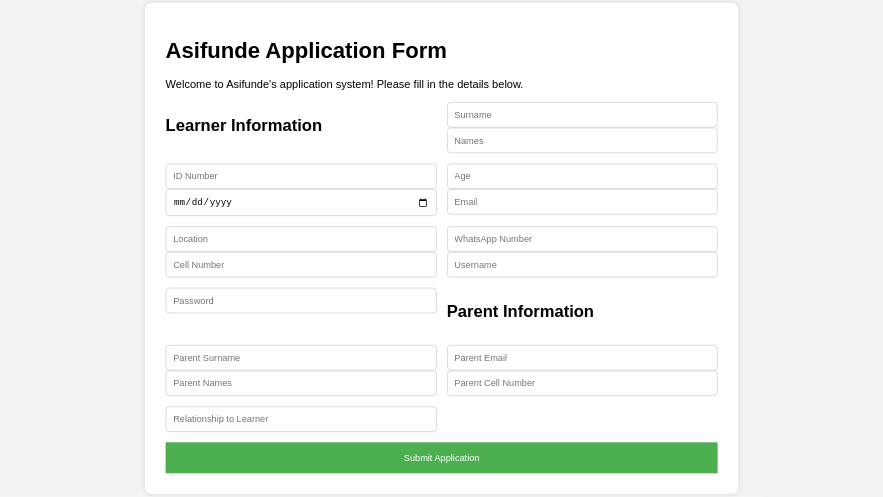
Repository: Soshtakovich/Asifunde
Page: Application_system/apply.html
These files come from the project's save history. The page is drawn as it stood at one moment and after the next save; the edit follows.
The browser window is 1280 px wide. The pictures show the whole page, at 69% of full size.

Above is the page before, as saved 2024-10-18 17:33:19.

### Application_system/apply.html
<!DOCTYPE html>
<html lang="en">
<head>
  <meta charset="UTF-8">
  <meta name="viewport" content="width=device-width, initial-scale=1.0">
  <title>Asifunde Application Form</title>
  <link rel="stylesheet" href="statics/css/apply.css">
  <script defer src="statics/js/apply.js"></script>
</head>
<body>
  <div class="form-container">
    <h1>Asifunde Application Form</h1>
    <p>Welcome to Asifunde's application system! Please fill in the details below.</p>
    <form id="applicationForm">
      <h2>Learner Information</h2>
      <div class="input-group">
        <input type="text" name="surname" placeholder="Surname" required>
        <input type="text" name="names" placeholder="Names" required>
      </div>
      <div class="input-group">
        <input type="text" name="idNumber" placeholder="ID Number" required>
        <input type="date" name="dob" required>
      </div>
      <div class="input-group">
        <input type="text" name="age" placeholder="Age" required>
        <input type="email" name="email" placeholder="Email" required>
      </div>
      <div class="input-group">
        <input type="text" name="location" placeholder="Location">
        <input type="text" name="cellNumber" placeholder="Cell Number">
      </div>
      <div class="input-group">
        <input type="text" name="whatsappNumber" placeholder="WhatsApp Number">
        <input type="text" name="username" placeholder="Username" required>
      </div>
      <div class="input-group">
        <input type="password" name="password" placeholder="Password" required>
      </div>

      <h2>Parent Information</h2>
      <div class="input-group">
        <input type="text" name="parentSurname" placeholder="Parent Surname" required>
        <input type="text" name="parentNames" placeholder="Parent Names" required>
      </div>
      <div class="input-group">
        <input type="email" name="parentEmail" placeholder="Parent Email" required>
        <input type="text" name="parentCellNumber" placeholder="Parent Cell Number">
      </div>
      <div class="input-group">
        <input type="text" name="relationship" placeholder="Relationship to Learner" required>
      </div>

      <button type="submit">Submit Application</button>
    </form>
  </div>
</body>
</html>

### Application_system/statics/css/apply.css
/* Base Styles */
body {
  font-family: Arial, sans-serif;
  background-color: #f2f2f2;
  display: flex;
  justify-content: center;
  align-items: center;
  height: 100vh;
  margin: 0;
}

.form-container {
  background-color: white;
  padding: 30px;
  border-radius: 10px;
  box-shadow: 0 0 10px rgba(0, 0, 0, 0.1);
  max-width: 800px;
  width: 100%;
}

/* Form Layout */
form {
  display: grid;
  grid-template-columns: repeat(2, 1fr); /* Two equal-width columns */
  gap: 15px; /* Space between grid items */
}

/* Full-width inputs */
input[type="date"],
input[type="password"],
input[type="email"],
button {
  grid-column: span 2; /* Make these elements span both columns */
}

/* Style for input fields */
input {
  padding: 10px;
  border: 1px solid #ccc;
  border-radius: 5px;
  width: 100%; /* Ensure the input takes full space of its container */
  box-sizing: border-box; /* Prevent padding from overflowing */
}

/* Button Styling */
button {
  background-color: #4CAF50;
  color: white;
  border: none;
  padding: 15px;
  cursor: pointer;
  width: 100%; /* Full width */
}

button:hover {
  background-color: #45a049;
}

/* Responsive Design */
@media (max-width: 600px) {
  form {
      grid-template-columns: 1fr; /* Single column on smaller screens */
  }
}

### Application_system/statics/js/apply.js
document.getElementById('applicationForm').addEventListener('submit', async function (event) {
    event.preventDefault();
    const formData = new FormData(event.target);

    const response = await fetch('application_handler.php', {
      method: 'POST',
      body: formData
    });

    const result = await response.json();
    alert(result.message);
  });

After the next save:
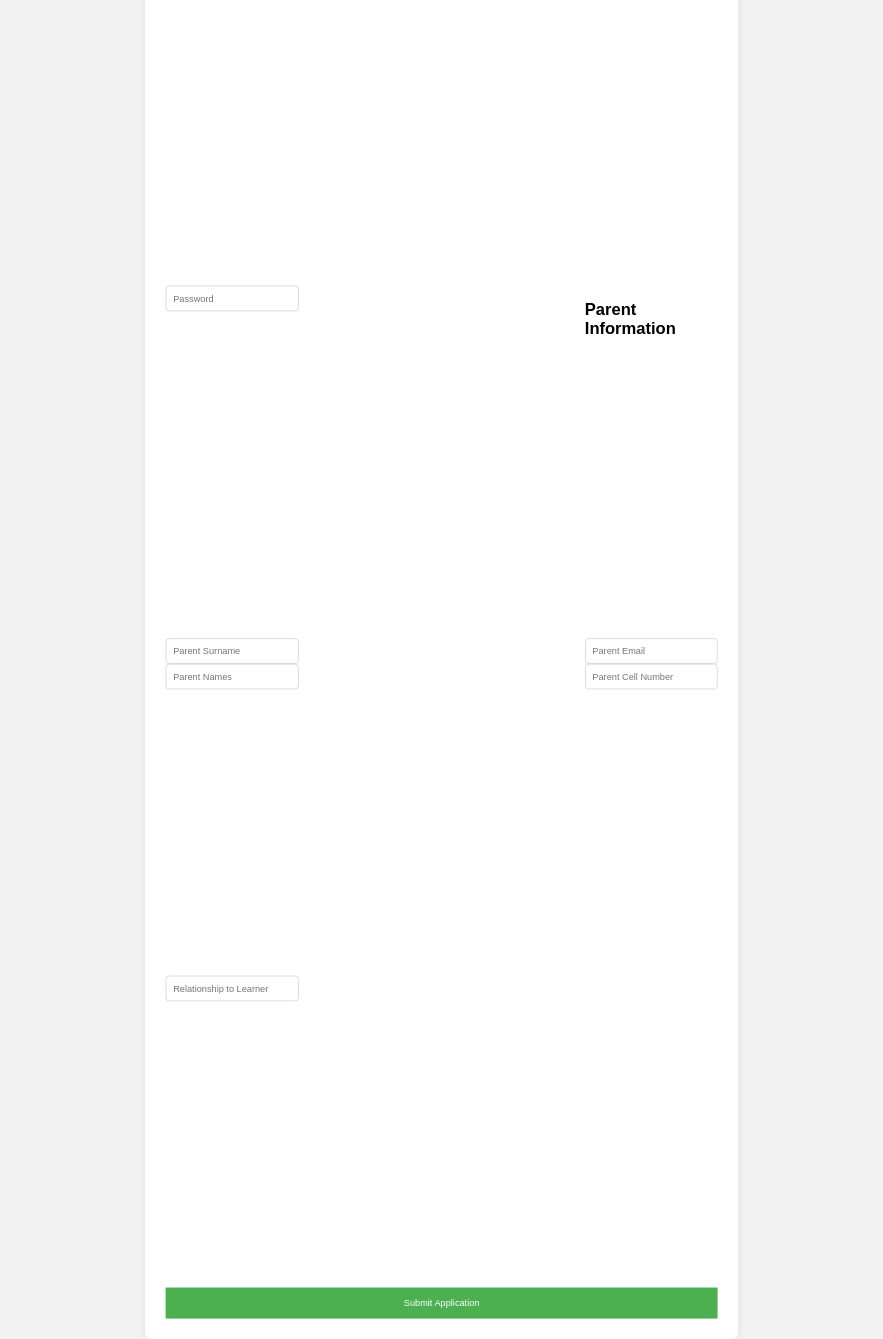
Saved 2 min 13 s later.
--- a/Application_system/statics/css/apply.css
+++ b/Application_system/statics/css/apply.css
@@ -22,7 +22,7 @@
 form {
   display: grid;
   grid-template-columns: repeat(2, 1fr); /* Two equal-width columns */
-  gap: 15px; /* Space between grid items */
+  gap:415px; /* Space between grid items */
 }
 
 /* Full-width inputs */
